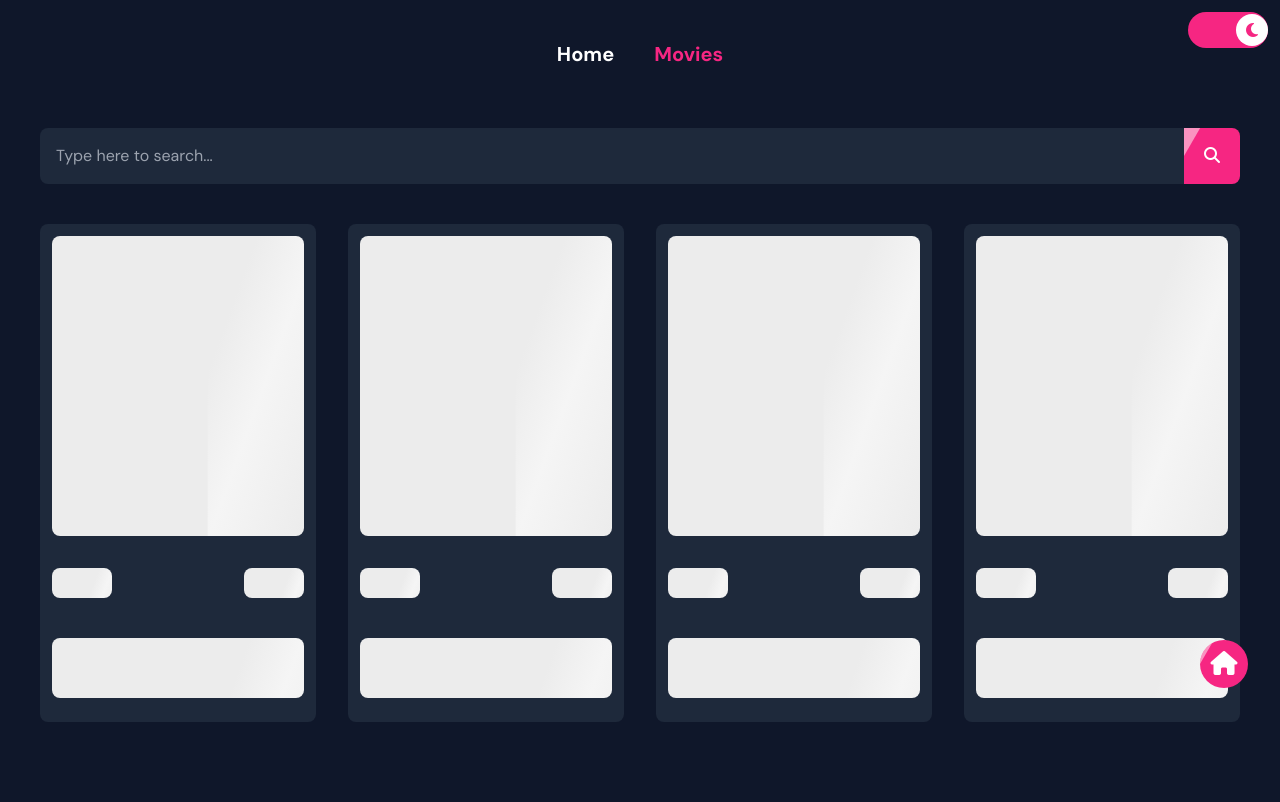
Repository: Linhyum/react-simple-movie
Page: /movies
The author's editor kept a copy of each file at every save. The page is drawn from the files as they stood at one save, then again after the next save.
The browser window is 1280 px wide. The pictures show the whole page.
The page's requests for data from a server got no answer. The project was rebuilt for these pictures with package versions that can differ from the ones it lists, and the page was loaded fresh each time. No one was signed in, and anything a server would have sent is missing. Also part of the build but not shown: src/components/button/Button.js.

Above is the page before, as saved 2023-04-02 21:09:46.

### public/index.html
<!DOCTYPE html>
<html lang="en">
    <head>
        <meta charset="utf-8" />
        <link rel="icon" href="%PUBLIC_URL%/favicon.ico" />
        <meta name="viewport" content="width=device-width, initial-scale=1" />
        <meta name="theme-color" content="#000000" />
        <meta name="description" content="Web site created using create-react-app" />
        <link rel="apple-touch-icon" href="%PUBLIC_URL%/logo192.png" />
        <!--
      manifest.json provides metadata used when your web app is installed on a
      user's mobile device or desktop. See https://developers.google.com/web/fundamentals/web-app-manifest/
    -->
        <link rel="manifest" href="%PUBLIC_URL%/manifest.json" />
        <link
            rel="stylesheet"
            href="https://cdnjs.cloudflare.com/ajax/libs/font-awesome/6.4.0/css/all.min.css"
            integrity="sha512-iecdLmaskl7CVkqkXNQ/ZH/XLlvWZOJyj7Yy7tcenmpD1ypASozpmT/E0iPtmFIB46ZmdtAc9eNBvH0H/ZpiBw=="
            crossorigin="anonymous"
            referrerpolicy="no-referrer"
        />
        <!--
      Notice the use of %PUBLIC_URL% in the tags above.
      It will be replaced with the URL of the `public` folder during the build.
      Only files inside the `public` folder can be referenced from the HTML.

      Unlike "/favicon.ico" or "favicon.ico", "%PUBLIC_URL%/favicon.ico" will
      work correctly both with client-side routing and a non-root public URL.
      Learn how to configure a non-root public URL by running `npm run build`.
    -->
        <title>React App</title>
    </head>
    <body>
        <noscript>You need to enable JavaScript to run this app.</noscript>
        <div id="root"></div>
        <!--
      This HTML file is a template.
      If you open it directly in the browser, you will see an empty page.

      You can add webfonts, meta tags, or analytics to this file.
      The build step will place the bundled scripts into the <body> tag.

      To begin the development, run `npm start` or `yarn start`.
      To create a production bundle, use `npm run build` or `yarn build`.
    --></body>
</html>

### src/index.js
import React from "react";
import ReactDOM from "react-dom/client";
import "./index.scss";
import App from "./App";
import reportWebVitals from "./reportWebVitals";
import { BrowserRouter } from "react-router-dom";

const root = ReactDOM.createRoot(document.getElementById("root"));
root.render(
    <React.StrictMode>
        <BrowserRouter>
            <App />
        </BrowserRouter>
    </React.StrictMode>
);

// If you want to start measuring performance in your app, pass a function
// to log results (for example: reportWebVitals(console.log))
// or send to an analytics endpoint. Learn more: https://bit.ly/CRA-vitals
reportWebVitals();

### src/index.scss
@tailwind base;
@tailwind components;
@tailwind utilities;
@import url("https://fonts.googleapis.com/css2?family=DM+Sans:wght@400;500;700&display=swap");

@layer base {
    body.dark {
        @apply bg-slate-900 font-body px-5 text-white;
    }

    body {
        @apply bg-white text-slate-900;
        transition: all linear 0.3s;
    }
    body input {
        @apply text-white;
    }

    .pagination {
        display: flex;
        align-items: center;
        justify-content: center;
        column-gap: 30px;
        font-size: 22px;
        font-weight: 500;
    }

    .pagination .active {
        @apply text-primary;
    }

    @media (max-width: 639px) {
        .moive-page {
            @apply grid-cols-1;
        }
    }

    :root {
        --swiper-theme-color: #f62682 !important;
        --swiper-pagination-bullet-inactive-color: #aaa !important;
        --swiper-pagination-bullet-inactive-opacity: 1;
    }
    .swiper-button-prev,
    .swiper-button-next {
        position: absolute !important;
        top: 50% !important;
        width: 60px !important;
        height: 60px !important;
        margin-top: -12.5px !important;
        z-index: 10 !important;
        cursor: pointer !important;
        border-radius: 50% !important;
        background: rgb(204, 204, 204, 0.7) !important;
        transition: all 0.3s ease !important;
        display: flex;
        justify-content: center !important;
        align-items: center !important;
        font-weight: 700 !important;
    }

    .swiper-button-prev {
        left: 0;
    }

    .swiper-button-next {
        right: 0;
    }

    .swiper-button-prev:hover,
    .swiper-button-next:hover {
        background: rgb(204, 204, 204) !important;
    }
    .movie-list .swiper-pagination {
        display: none;
    }

    @media (max-width: 1023px) {
        .banner .swiper-pagination {
            display: none !important;
        }
    }
    .skeleton {
        background-color: #eee;
        background-image: linear-gradient(110deg, #ececec 8%, #f5f5f5 18%, #ececec 33%);
        background-size: 200% 100%;
        animation: 1.5s shine linear infinite;
    }
    @keyframes shine {
        to {
            background-position-x: -200%;
        }
    }
    /* Tạo thanh cuộn */
    body::-webkit-scrollbar {
        width: 10px;
    }

    /* Tạo màu nền cho thanh cuộn */
    body::-webkit-scrollbar-track {
        background-color: #eee;
    }

    /* Tạo màu cho thanh cuộn */
    body::-webkit-scrollbar-thumb {
        background-color: #f62682;
        border-radius: 5px;
    }
    button {
        position: relative;
        overflow: hidden;
        transition: all 0.3s ease-in-out;
    }

    button:before {
        content: "";
        position: absolute;
        top: 0;
        left: -100%;
        width: 100%;
        height: 100%;
        background-color: rgba(255, 255, 255, 0.5);
        transform: skewX(-30deg);
        transition: all 0.3s ease-in-out;
    }

    button:hover:before {
        left: 0;
    }

    button:hover {
        @apply bg-blue-600;
    }
    button:hover div {
        @apply text-blue-600;
    }
    button div {
        transition: all 0.3s ease-in-out;
    }
}

@layer components {
    .page-container {
        max-width: 1200px;
        @apply mx-auto;
    }
    .movie-list .swiper-slide {
        width: 270px;
    }
    .banner .swiper {
        height: 100%;
    }
    .trailer iframe {
        width: 100%;
        height: 100%;
    }
}

### src/App.js
import { Route, Routes } from "react-router-dom";
import Main from "./components/layout/Main";
// import HomePage from "./pages/HomePage";
// import MovieDetailsPage from "./pages/MovieDetailsPage";
// import MoviePage from "./pages/MoviePage";
import { lazy, Suspense } from "react";

const HomePage = lazy(() => import("./pages/HomePage"));
const MoviePage = lazy(() => import("./pages/MoviePage"));
const MovieDetailsPage = lazy(() => import("./pages/MovieDetailsPage"));

function App() {
    return (
        <Suspense fallback={<></>}>
            <Routes>
                <Route element={<Main></Main>}>
                    <Route path="/" element={<HomePage></HomePage>}></Route>
                    <Route path="/movies" element={<MoviePage></MoviePage>}></Route>
                    <Route
                        path="/movies/:slug"
                        element={<MovieDetailsPage></MovieDetailsPage>}
                    ></Route>
                </Route>
            </Routes>
        </Suspense>
    );
}

export default App;

### src/components/layout/Main.js
import React from "react";
import Header from "./Header";
import { Outlet } from "react-router-dom";
const Main = () => {
    return (
        <>
            <Header></Header>
            <Outlet></Outlet>
        </>
    );
};

export default Main;

### src/pages/MoviePage.js
import React, { useEffect, useRef, useState } from "react";
import useSWR from "swr";
import MovieCard, { MovieCardSkeleton } from "../components/movie/MovieCard";
import { fetcher, getMovieList } from "../config";
import ReactPaginate from "react-paginate";
const itemsPerPage = 20;
const MoviePage = () => {
    const [nextPage, setNextPage] = useState(1);
    const [filter, setFilter] = useState("");
    const [url, setUrl] = useState("");
    const input = useRef(null);
    const handleFilterChange = () => {
        setFilter(input.current.value);
    };
    const { data, isLoading } = useSWR(url, fetcher);
    //`https://api.themoviedb.org/3/search/movie/?api_key=9e4dcf244e30611641c2a44c752a2353`
    useEffect(() => {
        if (filter) {
            setUrl(
                `https://api.themoviedb.org/3/search/movie?api_key=9e4dcf244e30611641c2a44c752a2353&query=${filter}&page=${nextPage}`
            );
        } else {
            setUrl(`${getMovieList("popular")}&page=${nextPage}`);
        }
    }, [filter, nextPage]);
    const movies = data?.results || [];

    //pagination
    const [itemOffset, setItemOffset] = useState(0);
    const [pageCount, setPageCount] = useState(0);
    useEffect(() => {
        if (!data || !data.total_results) return;
        setPageCount(Math.ceil(data.total_results / itemsPerPage));
    }, [data, itemOffset]);

    const handlePageClick = (e) => {
        const newOffset = (e.selected * itemsPerPage) % data.total_results;
        setItemOffset(newOffset);
        setNextPage(e.selected + 1);
    };

    return (
        <div className="page-container ">
            <form
                onSubmit={(e) => e.preventDefault()}
                className="flex mb-10 rounded-lg overflow-hidden"
            >
                <div className="flex-1">
                    <input
                        type="text"
                        className="w-full p-4 bg-slate-800 outline-none "
                        placeholder="Type here to search..."
                        ref={input}
                    />
                </div>
                <button
                    type="submit"
                    onClick={handleFilterChange}
                    className="py-4 px-5 bg-primary "
                >
                    <i class="fa-solid fa-magnifying-glass"></i>
                </button>
            </form>
            {!isLoading && (
                <div className="grid grid-cols-4 gap-x-8">
                    <MovieCardSkeleton></MovieCardSkeleton>
                    <MovieCardSkeleton></MovieCardSkeleton>
                    <MovieCardSkeleton></MovieCardSkeleton>
                    <MovieCardSkeleton></MovieCardSkeleton>
                </div>
            )}
            <div className="moive-page grid sm:grid-cols-1 md:grid-cols-2 lg:grid-cols-3 xl:grid-cols-4 2xl:grid-cols-5 gap-[30px] mb-20">
                {!isLoading &&
                    movies.length > 0 &&
                    movies.map((item) => <MovieCard key={item.id} info={item}></MovieCard>)}
            </div>
            <div className="my-10">
                <ReactPaginate
                    pageCount={pageCount} // Tổng số trang
                    marginPagesDisplayed={1} // Số lượng trang được hiển thị trước và sau trang hiện tại
                    pageRangeDisplayed={1} // Số lượng trang được hiển thị trong phân đoạn paginate
                    breakLabel="..."
                    nextLabel={<i class="fa-solid fa-chevron-right"></i>}
                    onPageChange={handlePageClick}
                    previousLabel={<i class="fa-solid fa-chevron-left"></i>}
                    renderOnZeroPageCount={null}
                    containerClassName={"pagination"} // Class cho container của paginate
                    activeClassName={"active"} // Class cho trang hiện tại
                />
            </div>
        </div>
    );
};

export default MoviePage;

### src/components/layout/Header.js
import React, { useState } from "react";
import { NavLink } from "react-router-dom";

const Header = () => {
    const [dark, setDark] = useState(true);
    const active = ({ isActive }) => isActive && "text-primary";
    const handleClick = () => {
        window.scrollTo({ top: 0, behavior: "smooth" });
    };
    if (dark) {
        document.body.classList.add("dark");
    } else {
        document.body.classList.remove("dark");
    }
    return (
        <>
            <header className="header text-xl font-semibold flex items-center justify-center gap-x-10  py-10 mb-5">
                <NavLink to={"/"} className={active}>
                    Home
                </NavLink>
                <NavLink to={"/movies"} className={active}>
                    Movies
                </NavLink>
            </header>
            <button
                className="fixed z-50 bottom-8 right-8  w-12 h-12 rounded-full bg-primary text-2xl"
                onClick={handleClick}
            >
                <i class="fa-solid fa-house"></i>
            </button>
            <div className="fixed top-3 right-3 z-50">
                <div
                    className={`relative transition-all duration-300 w-20 h-9 flex items-center cursor-pointer rounded-full ${
                        dark ? "bg-primary" : "bg-slate-400"
                    } `}
                    onClick={() => setDark(!dark)}
                >
                    <div
                        className={`absolute flex items-center justify-center transition-all duration-300 w-8 h-8 rounded-full  ${
                            dark ? "left-full -translate-x-full bg-white" : "left-0 bg-primary"
                        }`}
                    >
                        <i
                            className={`${
                                dark
                                    ? "fa-solid fa-moon text-primary"
                                    : "fa-solid fa-sun text-white"
                            }`}
                        ></i>
                    </div>
                </div>
            </div>
        </>
    );
};

export default Header;

### src/components/movie/MovieCard.js
import React from "react";
import { useNavigate } from "react-router-dom";
import Button from "../button/Button";

import { getImg } from "../../config";
import { withErrorBoundary } from "react-error-boundary";
import LoadingSkeleton from "../LoadingSkeleton";
const MovieCard = ({ info }) => {
    const navigate = useNavigate();
    return (
        <div className="movie-card text-white hover:shadow-lg hover:shadow-primary transition-all duration-300 rounded-lg p-3 bg-slate-800 select-none">
            <img
                src={getImg(info.poster_path)}
                alt=""
                className="object-cover w-full h-[350px] rounded-lg mb-5"
            />
            <h3 title={info.title} className="text-xl font-bold mb-3 truncate">
                {info.title}
            </h3>
            <div className="flex items-center justify-between text-sm  mb-7">
                <span className="opacity-50">{new Date(info.release_date).getFullYear()}</span>
                <div className="flex items-center gap-x-2">
                    <span className="opacity-50">{info.vote_average.toFixed(1)}</span>
                    <div className="text-yellow-400">
                        <i class="fa-solid fa-star"></i>
                    </div>
                </div>
            </div>
            <Button onclick={() => navigate(`/movies/${info.id}`)} title={"Watch now"}></Button>
        </div>
    );
};

function FallbackComponent() {
    return <p className="text-red-500 bg-red-200">Something went wrong with this component</p>;
}

export default withErrorBoundary(MovieCard, {
    FallbackComponent,
});

export function MovieCardSkeleton() {
    return (
        <div className="movie-card text-white hover:shadow-lg hover:shadow-primary transition-all duration-300 rounded-lg p-3 bg-slate-800 select-none">
            <LoadingSkeleton height="300px" radius="8px"></LoadingSkeleton>
            <div className="flex items-center justify-between text-sm mt-8  mb-7">
                <LoadingSkeleton height="30px" width="60px" radius="8px"></LoadingSkeleton>

                <div className="flex items-center gap-x-2">
                    <LoadingSkeleton height="30px" width="60px" radius="8px"></LoadingSkeleton>
                </div>
            </div>
            <div className="py-3 text-white flex items-center justify-center gap-x-3 rounded-lg w-full text-xl font-bold">
                <LoadingSkeleton height="60px" radius="8px"></LoadingSkeleton>
            </div>
        </div>
    );
}

### src/config.js
const fetcher = (...args) => fetch(...args).then((res) => res.json());
const getMovieList = (type1 = "", type2 = "", type3 = "") =>
    `https://api.themoviedb.org/3${type3}/movie/${type1}${type2}?api_key=9e4dcf244e30611641c2a44c752a2353`;
const getImg = (type) => `https://image.tmdb.org/t/p/original${type}`;
export { fetcher, getMovieList, getImg };

### src/components/LoadingSkeleton.js
import React from "react";

const LoadingSkeleton = (props) => {
    return (
        <div
            className="skeleton"
            style={{
                height: props.height,
                width: props.width || "100%",
                borderRadius: props.radius,
            }}
        ></div>
    );
};

export default LoadingSkeleton;

### tailwind.config.js
/** @type {import('tailwindcss').Config} */
module.exports = {
    content: ["./src/**/*.{js,jsx,ts,tsx}"],
    theme: {
        extend: {
            fontFamily: {
                body: ["DM Sans", "sans-serif"],
            },
            colors: {
                primary: "#f62682",
            },
        },
    },
    plugins: [],
};

Loaded but not shown: src/reportWebVitals.js (common file)

After the next save:
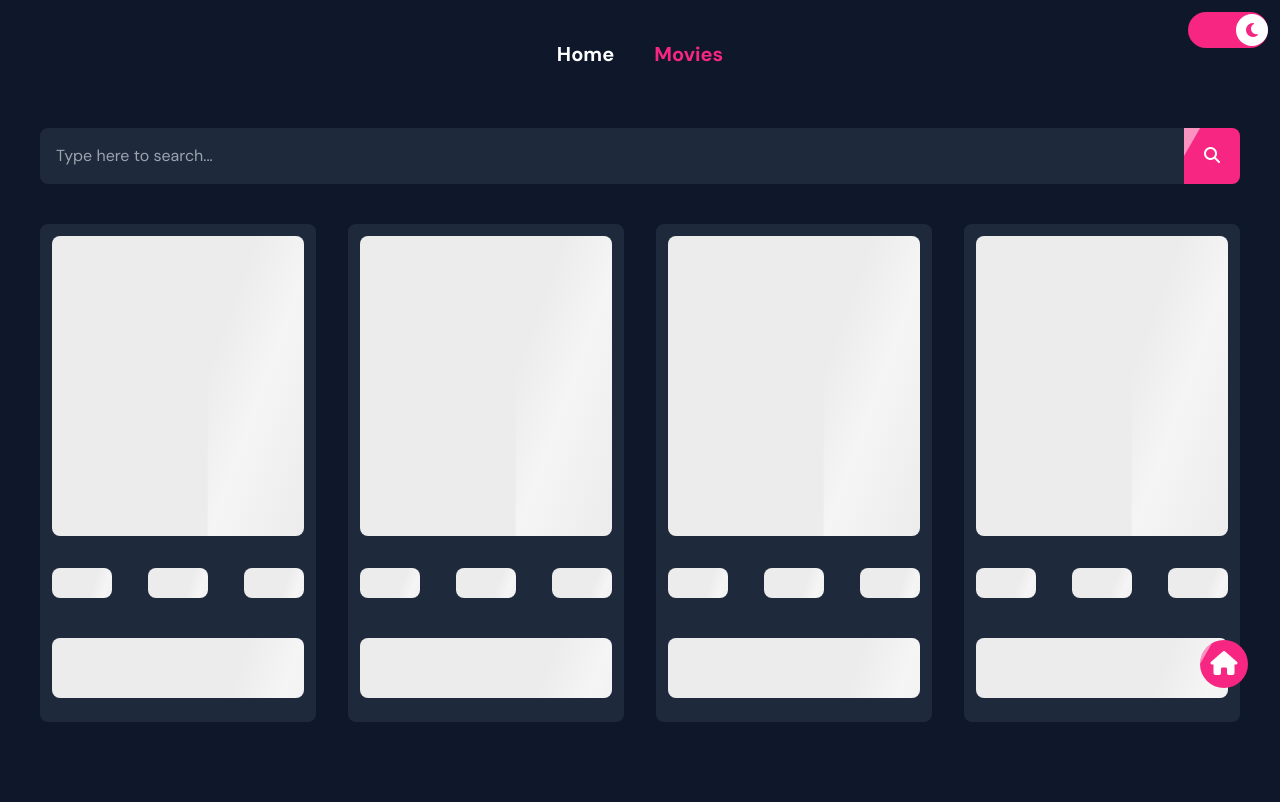
Saved 27 s later.
--- a/src/components/movie/MovieCard.js
+++ b/src/components/movie/MovieCard.js
@@ -45,7 +45,9 @@
             <LoadingSkeleton height="300px" radius="8px"></LoadingSkeleton>
             <div className="flex items-center justify-between text-sm mt-8  mb-7">
                 <LoadingSkeleton height="30px" width="60px" radius="8px"></LoadingSkeleton>
-
+                <div className="">
+                    <LoadingSkeleton height="30px" width="60px" radius="8px"></LoadingSkeleton>
+                </div>
                 <div className="flex items-center gap-x-2">
                     <LoadingSkeleton height="30px" width="60px" radius="8px"></LoadingSkeleton>
                 </div>

After the save that followed:
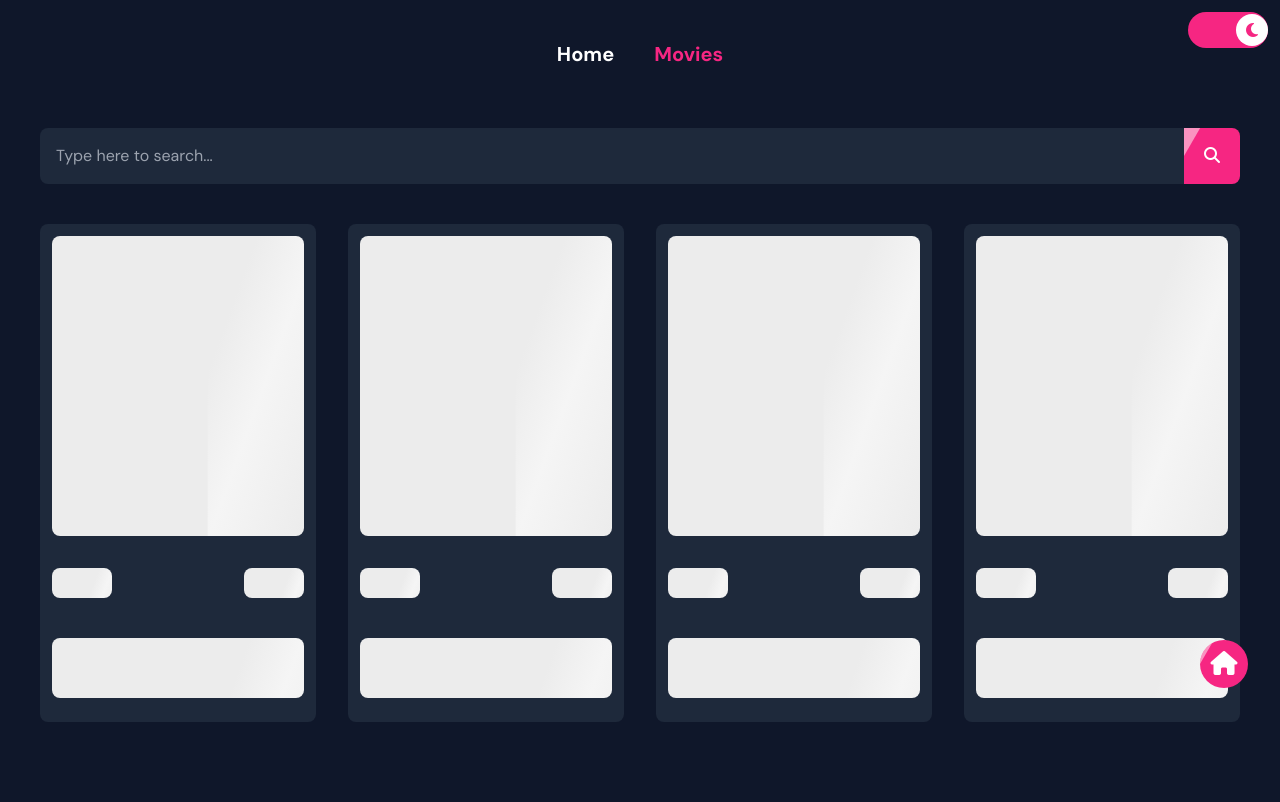
Saved 5 s later.
--- a/src/components/movie/MovieCard.js
+++ b/src/components/movie/MovieCard.js
@@ -46,7 +46,7 @@
             <div className="flex items-center justify-between text-sm mt-8  mb-7">
                 <LoadingSkeleton height="30px" width="60px" radius="8px"></LoadingSkeleton>
                 <div className="">
-                    <LoadingSkeleton height="30px" width="60px" radius="8px"></LoadingSkeleton>
+                    <LoadingSkeleton height="30px" radius="8px"></LoadingSkeleton>
                 </div>
                 <div className="flex items-center gap-x-2">
                     <LoadingSkeleton height="30px" width="60px" radius="8px"></LoadingSkeleton>
